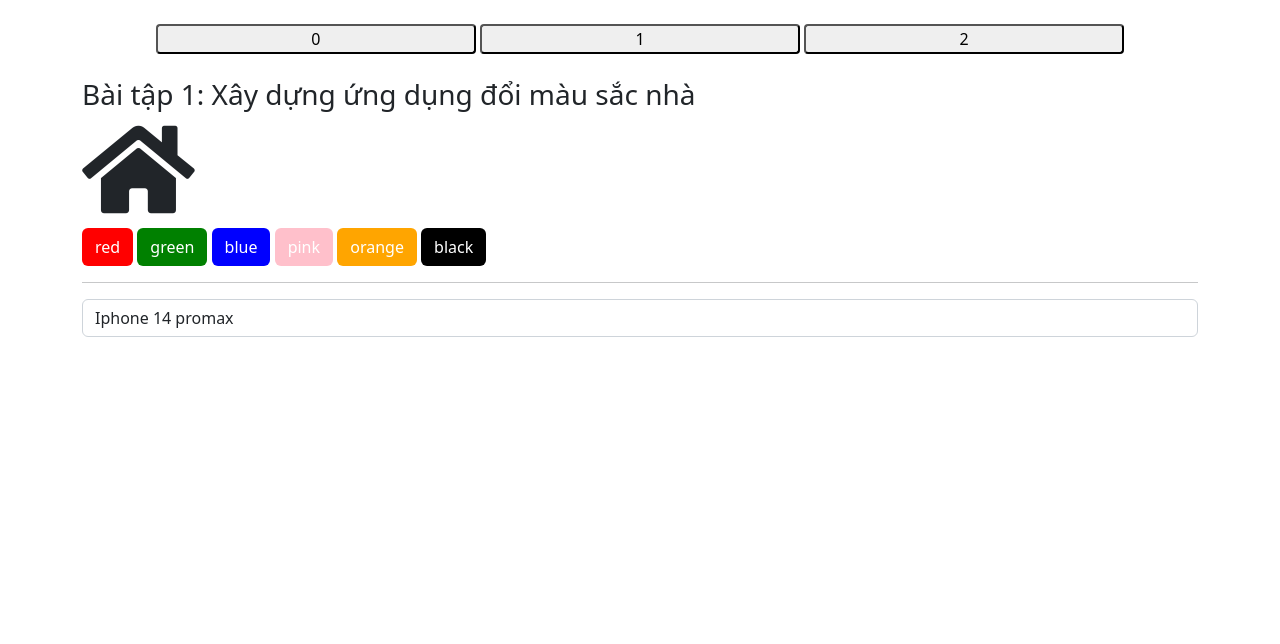
Repository: hcozyph/CyberSoft_Bai_Tap_Tren_Lop
Page: ES6/ES6_BASIC/index.html
An editor plug-in stored every save of this project. The page is shown before and after the next save, followed by the edit.
The browser window is 1280 px wide. The pictures show the whole page.
Some web libraries are served in a nearby version.

Above is the page before, as saved 2023-03-22 20:06:49.

### ES6/ES6_BASIC/index.html
<!DOCTYPE html>
<html lang="en">
    <head>
        <title>ES6-BASIC</title>
        <!-- Required meta tags -->
        <meta charset="utf-8" />
        <meta
            name="viewport"
            content="width=device-width, initial-scale=1, shrink-to-fit=no"
        />

        <link
            rel="stylesheet"
            href="https://use.fontawesome.com/releases/v5.1.1/css/all.css"
            integrity="sha384-O8whS3fhG2OnA5Kas0Y9l3cfpmYjapjI0E4theH4iuMD+pLhbf6JI0jIMfYcK3yZ"
            crossorigin="anonymous"
        />
        <!-- Bootstrap CSS v5.2.1 -->
        <link
            href="https://cdn.jsdelivr.net/npm/bootstrap@5.2.1/dist/css/bootstrap.min.css"
            rel="stylesheet"
            integrity="sha384-iYQeCzEYFbKjA/T2uDLTpkwGzCiq6soy8tYaI1GyVh/UjpbCx/TYkiZhlZB6+fzT"
            crossorigin="anonymous"
        />
    </head>

    <body>
        <div class="text-center my-4">
            <button class="w-25 rounded-1">0</button>
            <button class="w-25 rounded-1">1</button>
            <button class="w-25 rounded-1">2</button>
        </div>

        <div class="container">
            <h3>Bài tập 1: Xây dựng ứng dụng đổi màu sắc nhà</h3>
            <i class="fa fa-home" id="home" style="font-size: 100px"></i>

            <div id="colors" class="mt-2">
                <button class="btn text-white" style="background-color: red">
                    Red
                </button>
            </div>
            <hr />
            <input
                type="text"
                name=""
                id="tenSP"
                value="Iphone 14 promax"
                class="form-control"
            />
        </div>

        <!-- Bootstrap JavaScript Libraries -->
        <script
            src="https://cdn.jsdelivr.net/npm/@popperjs/core@2.11.6/dist/umd/popper.min.js"
            integrity="sha384-oBqDVmMz9ATKxIep9tiCxS/Z9fNfEXiDAYTujMAeBAsjFuCZSmKbSSUnQlmh/jp3"
            crossorigin="anonymous"
        ></script>

        <script
            src="https://cdn.jsdelivr.net/npm/bootstrap@5.2.1/dist/js/bootstrap.min.js"
            integrity="sha384-7VPbUDkoPSGFnVtYi0QogXtr74QeVeeIs99Qfg5YCF+TidwNdjvaKZX19NZ/e6oz"
            crossorigin="anonymous"
        ></script>
        <script type="module" src="./index.js"></script>
    </body>
</html>

### ES6/ES6_BASIC/index.js
/*-------  Cơ chế khai báo biến ------ */

/*
PHẠM VI BIẾN
- var: Hỗ trợ cơ chế hoisting, nên phạm vi biến là toàn cục

- let:
    > KHÔNG hỗ trợ cơ chế hoisting khi khai báo biến trùng tên với nhau trên cùng một scope thì browser báo lỗi.
    > Khi khai báo let ở các scope khác nhau thi giá trị sẽ phân biệt.

- const: Tương tự let, tuy nhiên giá trị không được phép gán lại.

=>>> Dùng let thay thế cho var thì khai báo biến trong ES6
*/

// var arrButton = document.querySelectorAll('button');

// for (var index = 0; index < arrButton.length; index++) {
//     let btn = arrButton[index];
//     btn.onclick = function () {
//         alert(btn.innerHTML);
//     }
// }

/*------- HÀM -------*/

//----------declaration function ----- <Hỗ trợ hoisting>
function tenHam() {
    console.log('ten ham');
}

//-----------express function ----- <Không hỗ trợ hoisting>
var showMessage = function () {
    console.log('showMessage');
}


/*
------------- CONTEXT (ngữ cảnh this) ----------------

OBJECT: trong object thì this sẽ là object.

FUNCTION: trong function đối tượng nào thực thi phương thức thì this sẽ là đối tượng đó. Nói cách khác this trong function là function đó.

DEFAULT: this là window.(Khi ngữ cảnh trồng chéo nhau). Nếu mở tính năng module của thẻ script thì sẽ báo lỗi

*/
let hoTen = 'nguyen van teo';
console.log('width:', window.innerWidth);
console.log('title:', window.document.title);
console.log('name:', window.hoTen);


// var sinhvien = {
//     ma: 1,
//     ten: 'Phuoc',
//     hienThiThongTin: function () {
//         function hienThi() {
//             console.log(this.ma);
//             console.log(this.ten);
//         }
//         hienThi();
//     }
// }
// sinhvien.hienThiThongTin();


function Product() {
    this.id = '';
    this.name = '';
    this.showInfo = function () {
        console.log('id', this.id);
        console.log('name', this.name);
    };
}

var prd1 = new Product();
prd1.id = 1;
prd1.name = 'Product A';
prd1.showInfo();

var prd2 = new Product();
prd2.id = 2;
prd2.name = 'Product B';
prd2.showInfo();


/*----------- ARROW FUNCTION  ------------*/

/* Arrow function là cách khai báo hàm với cú pháp '=>'
    + Khai báo hàm ngắn gọn hơn:
        + Đối với hàm chỉ có 1 tham số thì sẽ không cẩn () cho tham số. VD: (title) => {} tương đương title => {}
        + Đối với hàm chỉ có 1 lệnh return thì sẽ không cần ghi chữ return và {}. Ví dụ (a,b)=> {return a+b;} tương đương (a,b) => a+b

    + Loại bỏ được ngữ cảnh (this)
    + Không dùng cho việc khai báo Prototype và cũng không hỗ trợ hoisting => dùng cho mục đích khai báo hàm( hàm không phụ thuộc vào prototype)
*/

var showInfoProduct = () => {
    console.log('Hello hcozyph bc43');
    console.log(this);
}
// var prd = new showInfoProduct();'

var sayHello = (name) => {
    return 'hello' + name;
}

var sayHelloArrow = name => `hello ${name}`;

/* -----------BÀI TẬP ----------------- */
let arrColors = ['red', 'green', 'blue', 'pink', 'orange', 'black'];


////Cách 1: tạo ra các button bằng DOM => append lên ui
// let renderButton = () => {
//     for (let index = 0; index < arrColors.length; index++) {
//         let color = arrColors[index];
//         //Tạo button
//         let btn = document.createElement('button');
//         btn.className = 'btn';
//         btn.style.background = color;
//         btn.innerHTML = color;
//         btn.onclick = function () {
//             document.getElementById('home').style.color = color;
//         }
//         document.getElementById('colors').appendChild(btn);
//     }
// }


////Cách 2:
let renderButton = (array) => {
    let htmlString = '';
    for (var index = 0; index < array.length; index++) {
        let color = array[index];
        htmlString += `
            <button class="btn text-white" style="background-color: ${color}" onclick="changeColor('${color}')">${color}</button>
        `
    }
    console.log(htmlString);
    document.querySelector('#colors').innerHTML = htmlString;
}
renderButton(arrColors);


/* !!!! CHÚ Ý: nếu dòng 147 dùng "let changeColor = (color) {}" thì sẽ bị lỗi vì let k hỗ trợ hoisting => phải dùng window.changeColor  */
window.changeColor = (color) => {
    // console.log(color);
    document.querySelector('#home').style.color = color;
}

///------------DEFAULT PARAMETER VALUES------
var getUserInfo = (name = 'Mị', age = 18) => {
    if (age > 0 && age < 30) {
        console.log(`${name} còn trẻ ${name} muốn đi chơi !`)
    }
}
getUserInfo('Nam', 19);


///----------- REST PARAMETER --------------
function tinhTong(...arrSo) {
    switch (arrSo.length) {
        case 2: {
            console.log('Tổng =', arrSo[0] + arrSo[1]);
        }; break;
        case 3: {
            console.log('Tổng =', arrSo[0] + arrSo[1] + arrSo[2]);
        }; break;
        default: {
            console.log('Tham số không hợp lệ');
        }
    }
}
tinhTong(2, 3);
tinhTong(2, 3, 5);
tinhTong(2, 3, 5, 4);



////------SPREAD OPERATOR ----- dùng để sao chép giá trị của OBJECT hoặc ARRAY

let number1 = 5;
let number2 = number1;
number2 = 10;

console.log('number1', number1)
console.log('number2', number2)


let arr1 = [1, 2, 3, 4, 5];
let arr2 = [...arr1, 6];
console.log('arr1', arr1);
console.log('arr2', arr2);


////-----DESTRUCTURING------------ dùng để bóc tách phần tử trong mảng hoặc object
let prod10 = {
    id: 5,
    name: 'Iphone',
    price: 1000,
    showInfo: function () {
        console.log('showInfo');
        console.log('giá tiền', this.price)
    }
}

//es5
//let id = prod10.id

//es6
let { id: maSO, name, showInfo, ...restProd } = prod10;
showInfo.bind(prod10)(); //---> cho biết showInfo là cái gì
console.log(maSO);

function main() {
    return function () {
        console.log('abc');
    }
}
//main() //1
//main() //1
//main()()


////- DESTRUCTURING FOR ARRAY

let [idProd, nameProd, priceProd, showInfoProd] = [5, 'iphone', 1000,
    function () {
        console.log('Gía tiền', thongTinSP[2]);
    }]

console.log('Tên SP', nameProd);



////- TEMPLATE STRING ``


////- OBJECT LITERAL: sử dụng tên biến làm tên thuộc tính ---

let tenLopHoc = 'CyberSoft BC43';
let maLop = 'BC43';

let lopHoc = {
    maLop,
    tenLopHoc
}

console.log('lopHoc', lopHoc);


let hocSinh = {
    ['mã học viên']: 'BCSV001',
}

console.log(hocSinh['mã học viên']);


var tagInput = document.getElementById('tenSP')
let sanPham = {
    [tagInput.id]: tagInput.ariaValueMax,
}
console.log(sanPham);

/*
    FOR IN: thường dùng để duyệt key của object

    FOR OF: thường dùng để duyệt các phần tử của mảng
*/
let arrProduct = [
    { id: 1, name: 'Galaxy note 8', price: 1000 },
    { id: 2, name: 'Galaxy note 9', price: 1000 },
    { id: 3, name: 'Galaxy note 10', price: 1000 },
]
//console.log tất cả sản phẩm trong mảng arrProduct
for (let phone of arrProduct) {
    console.log(phone);
}

for (let index in arrProduct) {
    console.log('index', index);
    console.log('object', arrProduct[index]);
}

/*
    let object = {
        key : value
    }
    let arr = {
        index : value
    }
*/

let productPhone = { id: 3, name: 'iphone 13', price: 5000 }

for (let key in productPhone) {
    console.log(key, productPhone[key]);
}

After the next save:
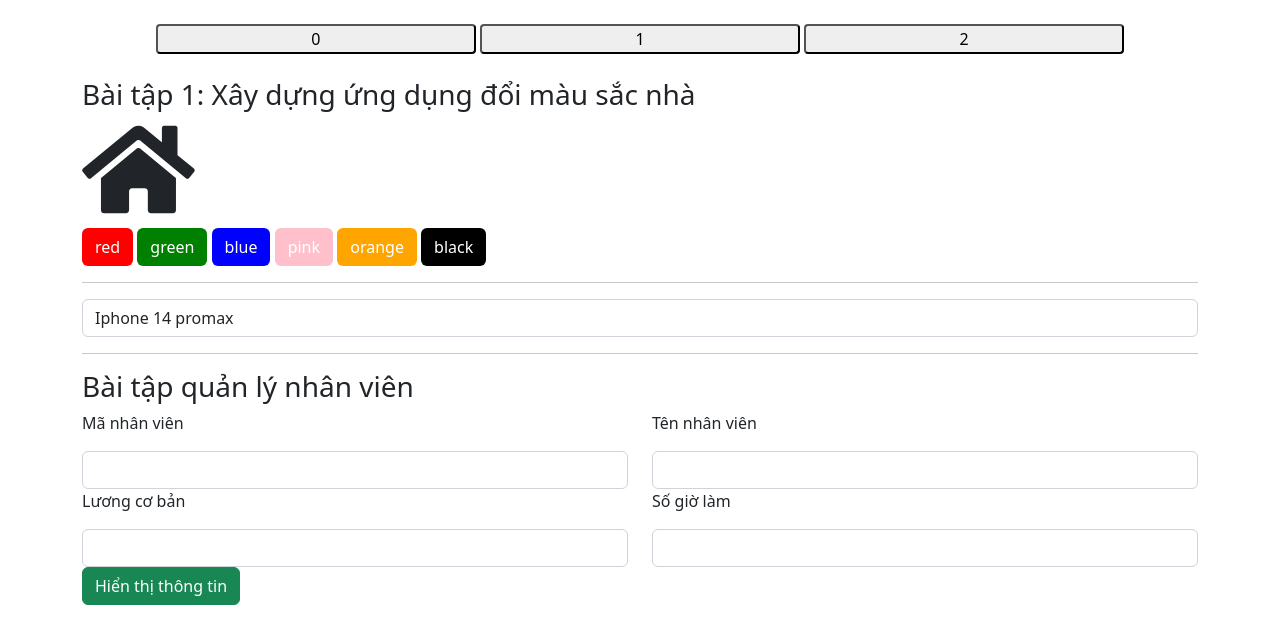
Saved 4 min 34 s later.
--- a/ES6/ES6_BASIC/index.html
+++ b/ES6/ES6_BASIC/index.html
@@ -48,6 +48,64 @@
                 value="Iphone 14 promax"
                 class="form-control"
             />
+
+            <hr />
+            <h3>Bài tập quản lý nhân viên</h3>
+            <form id="NhanVien">
+                <div class="row">
+                    <div class="col-md-6">
+                        <div class="form-group">
+                            <p>Mã nhân viên</p>
+                            <input
+                                type="text"
+                                name=""
+                                id="maNhanVien"
+                                class="form-control"
+                            />
+                        </div>
+                    </div>
+                    <div class="col-md-6">
+                        <div class="form-group">
+                            <p>Tên nhân viên</p>
+                            <input
+                                type="text"
+                                name=""
+                                id="tenNhanVien"
+                                class="form-control"
+                            />
+                        </div>
+                    </div>
+                    <div class="col-md-6">
+                        <div class="form-group">
+                            <p>Lương cơ bản</p>
+                            <input
+                                type="text"
+                                name=""
+                                id="luongCoBan"
+                                class="form-control"
+                            />
+                        </div>
+                    </div>
+                    <div class="col-md-6">
+                        <div class="form-group">
+                            <p>Số giờ làm</p>
+                            <input
+                                type="text"
+                                name=""
+                                id="soGioLam"
+                                class="form-control"
+                            />
+                        </div>
+                    </div>
+                    <div class="col-md-6">
+                        <div class="form-group">
+                            <button class="btn btn-success" type="submit">
+                                Hiển thị thông tin
+                            </button>
+                        </div>
+                    </div>
+                </div>
+            </form>
         </div>
 
         <!-- Bootstrap JavaScript Libraries -->
